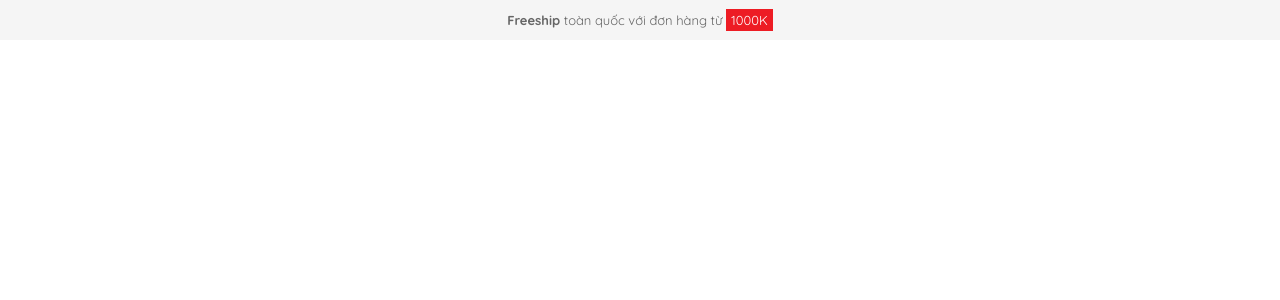
Repository: hayashi13597/ES6_ASM
Page: ASM/index.html
These files come from the project's save history. The page is drawn as it stood at one moment and after the next save; the edit follows.
The browser window is 1280 px wide. The pictures show the whole page.
The style sheet was rebuilt from its Sass, Less or Tailwind sources for each picture, by a compiler version that may differ from the author's.

Above is the page before, as saved 2023-01-11 21:26:04.

After the next save:
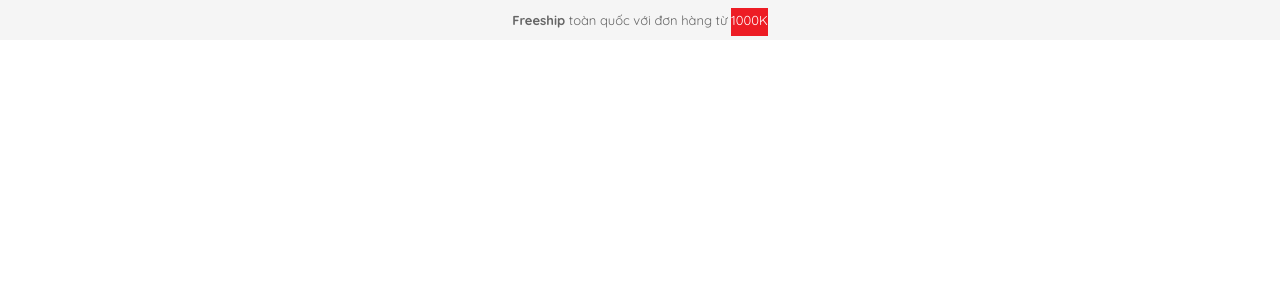
Saved 17 s later.
--- a/ASM/sass/_header.scss
+++ b/ASM/sass/_header.scss
@@ -7,7 +7,7 @@
     color: $top-bar-color;
     font-size: 13px;
     &__btn {
-      padding: 3px 5px;
+      padding: 4px 0 8px;
       background-color: $shop-color-main;
       color: $footer-color-title;
     }
